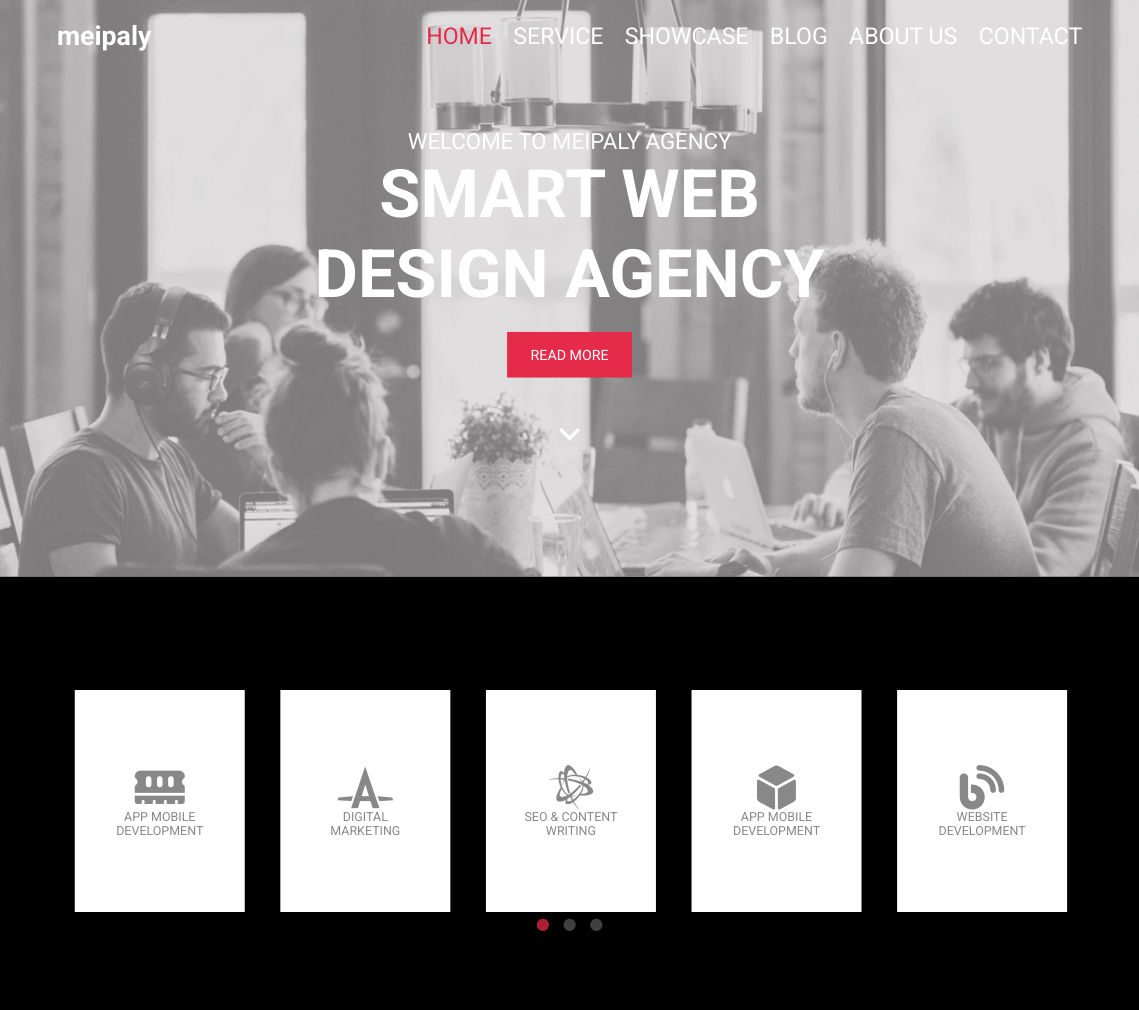
Repository: ducdatit2002/meipaly
Page: index.html
An editor plug-in stored every save of this project. The page is shown before and after a run of saves, followed by the edit.
The browser window is 1280 px wide. The pictures show the whole page, at 89% of full size.

Above is the page before, as saved 2023-07-17 11:01:47.

After the next 2 saves:
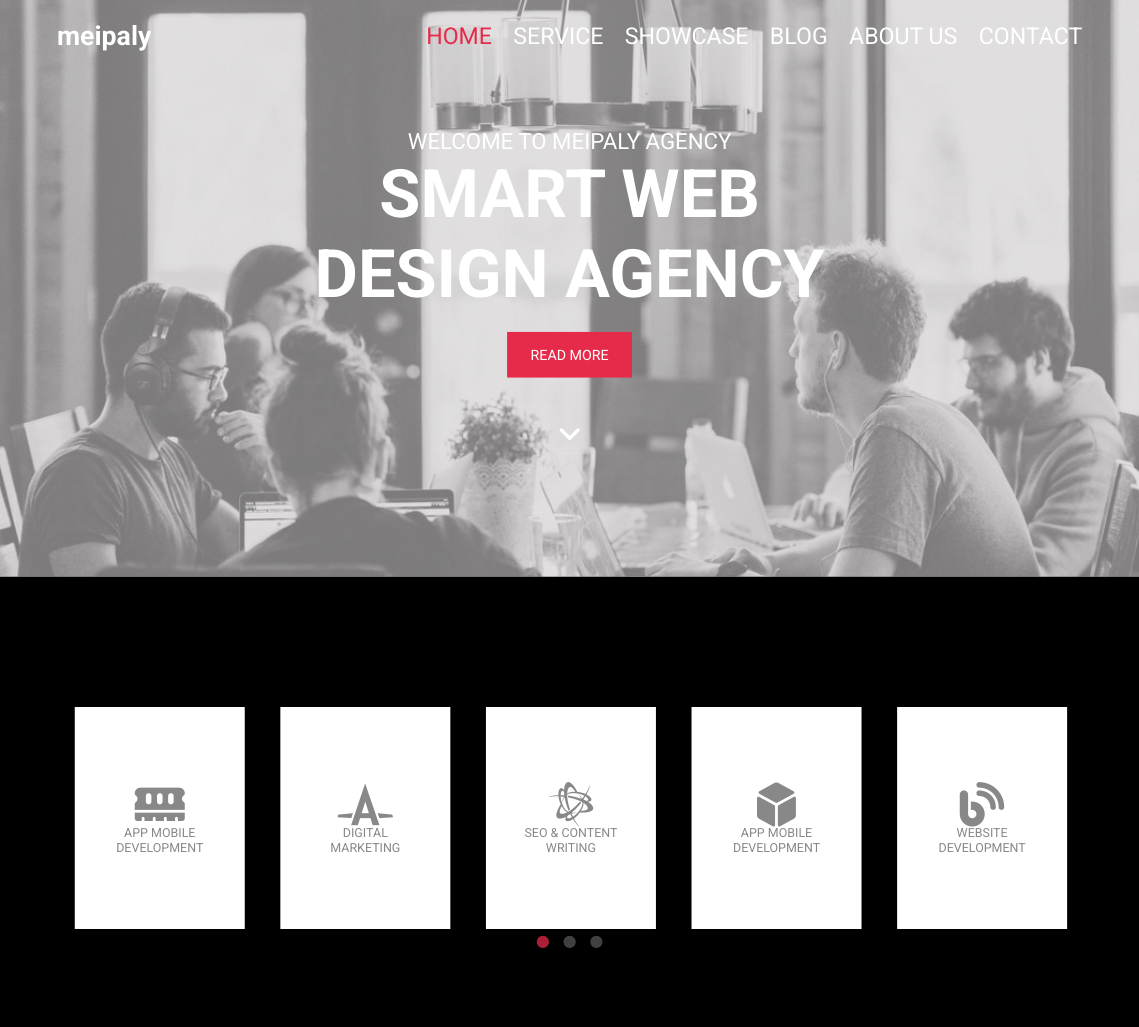
The 2 saves are shown as one change because they came seconds apart.
The last was saved 9 s later.
--- a/index.html
+++ b/index.html
@@ -56,7 +56,8 @@
         <p>SERVICES WE ARE OFFERING</p>
         <h2>WE DESIGN DIGITAL PRODUCTS THAT HELP GROW BUSINESSES.</h2>
         <p>
-
+          We are committed to providing our customers with exceptional service while offering
+          <br>
         </p>
       </div>
       <div class="container">
